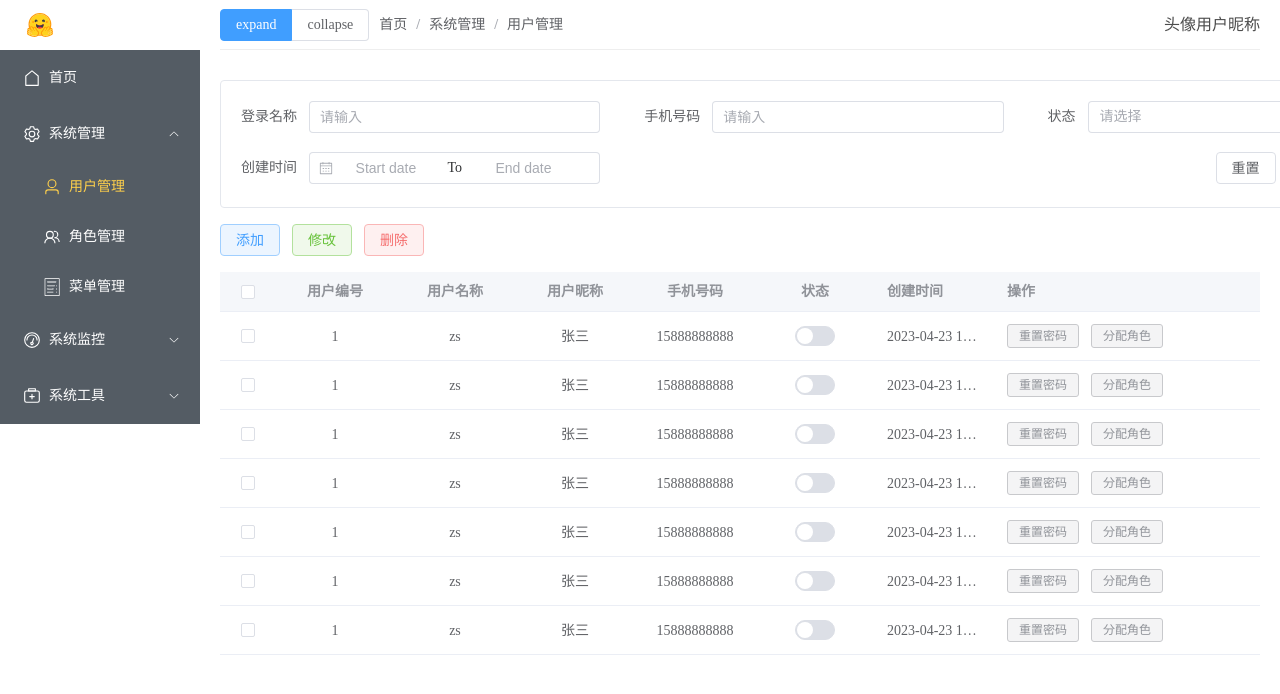
Repository: 202100202078/SignInBox
Page: /admin/system/user
These files come from the project's save history. The page is drawn as it stood at one moment and after the next save; the edit follows.
The browser window is 1280 px wide. The pictures show the whole page.
The project was rebuilt for these pictures with package versions that can differ from the ones it lists, and the page was loaded fresh each time. Also part of the build but not shown: vite.config.js, src/components/FilterLayout.vue, src/components/PageFooter.vue, src/components/TableLayout.vue, src/components/ToolTip.vue, src/assets/fonts/iconfont/iconfont.js, src/assets/style/variables.module.scss.

Above is the page before, as saved 2024-01-30 11:52:26.

After the next save:
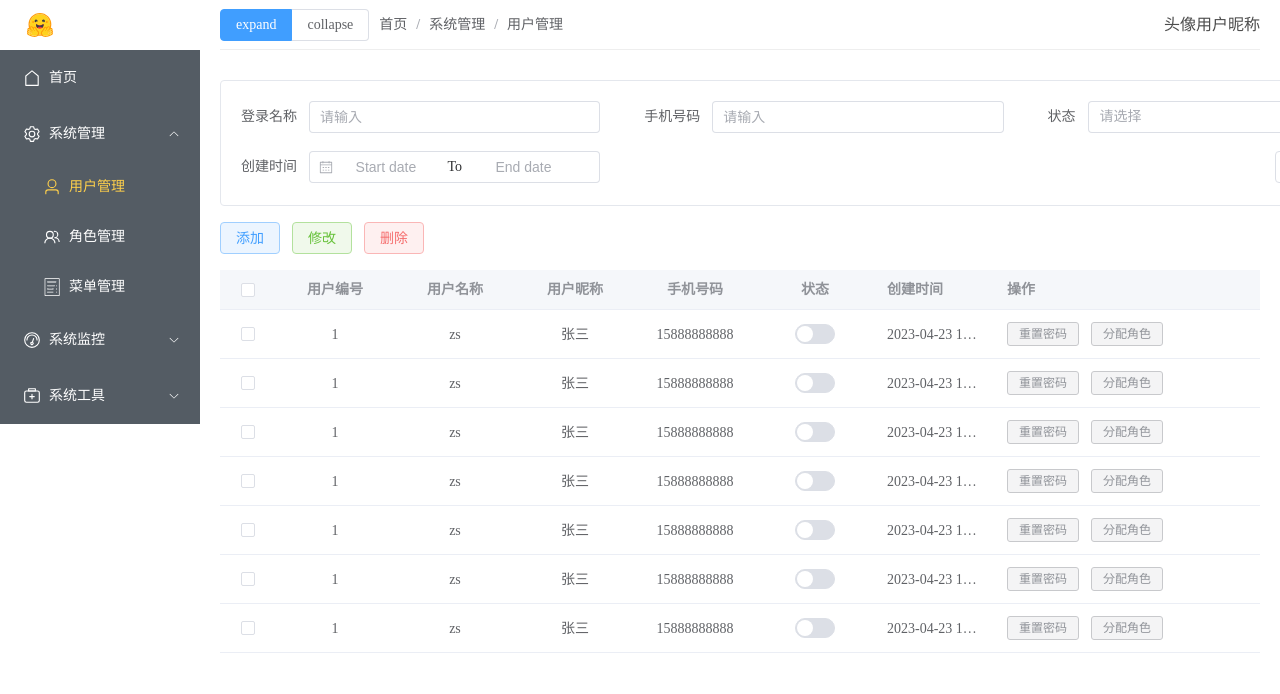
Saved 11 s later.
--- a/src/views/admin/system/components/FilterForm.vue
+++ b/src/views/admin/system/components/FilterForm.vue
@@ -2,7 +2,7 @@
 defineProps({
   showCollapse: {
     type: Boolean,
-    default: true
+    default: false
   }
 })
 const emit = defineEmits(['reset', 'query', 'trigger'])
